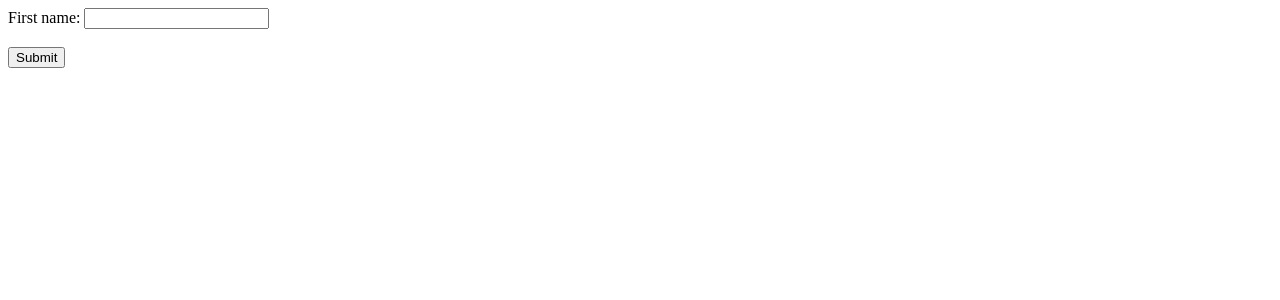
Repository: shitalshirole4044/Servlet-jsp
Page: http://localhost/CookiesDemo/
An editor plug-in stored every save of this project. The page is shown before and after the next save, followed by the edit.
The browser window is 1280 px wide. The pictures show the whole page.
The page is served by Tomcat 9. Other server files are loaded and not shown.

Above is the page before, as saved 2024-02-19 10:10:01.

### CookiesDemo/src/main/webapp/index.jsp
<%@ page language="java" contentType="text/html; charset=ISO-8859-1"
    pageEncoding="ISO-8859-1"%>
<!DOCTYPE html>
<html>
<head>
<meta charset="ISO-8859-1">
<title>Insert title here</title>
</head>
<body>
<form action="servlet1">
<label for="name">First name:</label>
<input type="text" id="name" name="name"><br><br>
<button type="submit">Submit</button>
</form>
</body>
</html>

After the next save:
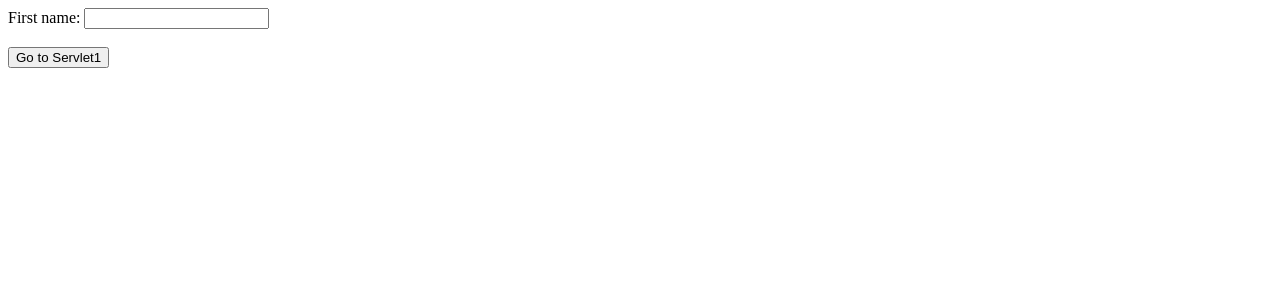
Saved 46 s later.
--- a/CookiesDemo/src/main/webapp/index.jsp
+++ b/CookiesDemo/src/main/webapp/index.jsp
@@ -10,7 +10,7 @@
 <form action="servlet1">
 <label for="name">First name:</label>
 <input type="text" id="name" name="name"><br><br>
-<button type="submit">Submit</button>
+<button type="submit">Go to Servlet1</button>
 </form>
 </body>
 </html>
